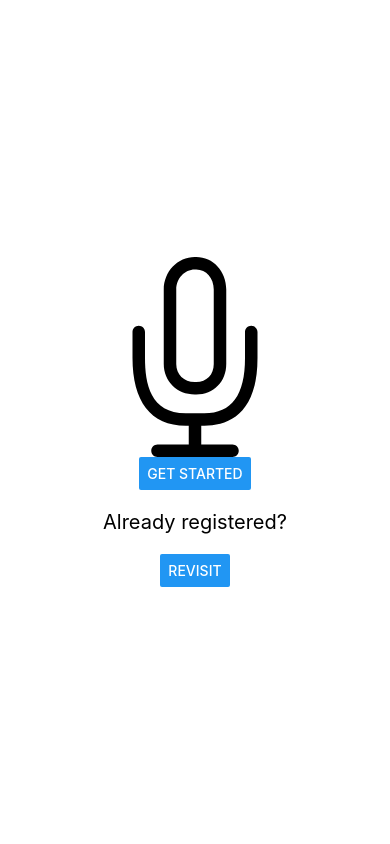
Repository: mortiestmorty1/recordings-app
Screen: / (app in frontend/)
The author's editor kept a copy of each file at every save. The screen is drawn from the files as they stood at one save, then again after the next save.
The app was drawn by React Native's web renderer in a window 390 px wide. The project was rebuilt for these pictures with package versions that can differ from the ones it lists, and the page was loaded fresh each time. Also part of the build but not shown: frontend/components/registerUser.js.

Above is the screen before, as saved 2024-03-07 21:09:09.

After the next save:
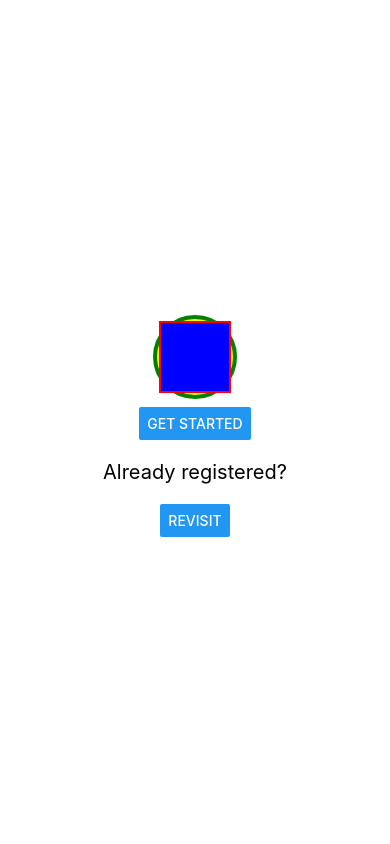
Saved 5 min 14 s later.
--- a/frontend/components/firstscreen.js
+++ b/frontend/components/firstscreen.js
@@ -1,13 +1,14 @@
 import React, { useState } from 'react';
 import {View, Text, Button, StyleSheet , Image } from 'react-native';
+import { Svg, Circle, Rect } from 'react-native-svg';
 
 const FirstScreen = () => {
     return (
         <View style={styles.container}>
-            <Image
-                style={styles.logo}
-                source={require('../assets/mic.svg')}
-            />
+            <Svg height="100" width="100">
+    <Circle cx="50" cy="50" r="40" stroke="green" strokeWidth="4" fill="yellow" />
+    <Rect x="15" y="15" width="70" height="70" stroke="red" strokeWidth="2" fill="blue" />
+  </Svg>
             <Button title="Get Started"/>
             <Text style={styles.text}>Already registered?</Text>
             <Button title="Revisit"/>
